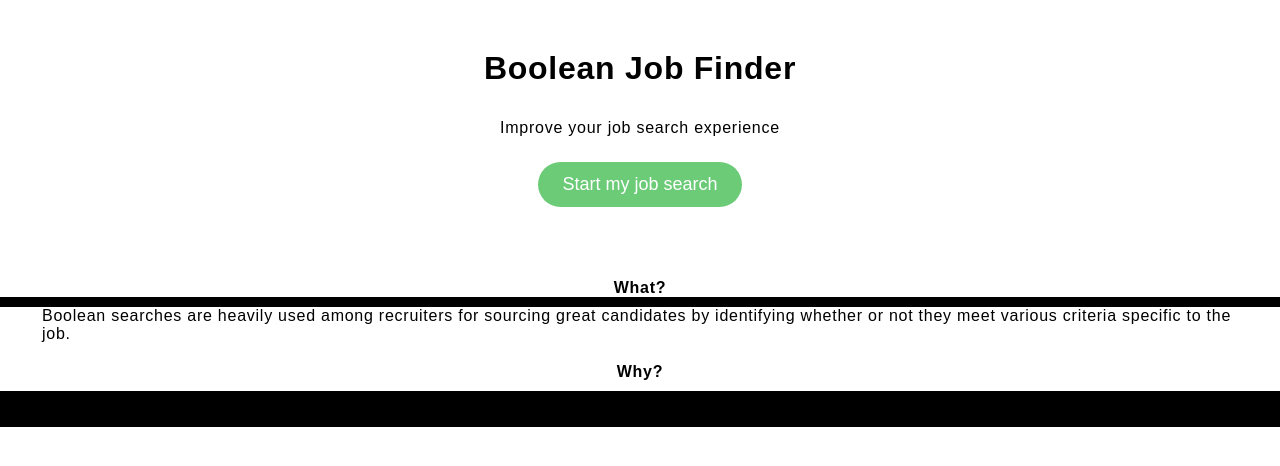
Repository: Rthompson2548/boolean-job-searcher
Page: /
These files come from the project's save history. The page is drawn as it stood at one moment and after a run of saves; the edit follows.
The browser window is 1280 px wide. The pictures show the whole page.
The project was rebuilt for these pictures with package versions that can differ from the ones it lists, and the page was loaded fresh each time.

Above is the page before, as saved 2022-04-05 14:09:16.

### public/index.html
<!DOCTYPE html>
<html lang="en">
  <head>
    <meta charset="utf-8" />
    <link rel="icon" href="%PUBLIC_URL%/favicon.ico" />
    <meta name="viewport" content="width=device-width, initial-scale=1" />
    <meta name="theme-color" content="#000000" />
    <meta
      name="description"
      content="Web site created using create-react-app"
    />
    <link rel="preconnect" href="https://fonts.googleapis.com">
    <link rel="preconnect" href="https://fonts.gstatic.com" crossorigin>
    <link href="https://fonts.googleapis.com/css2?family=Inconsolata&family=League+Spartan&display=swap" rel="stylesheet">

    <title>React App</title>
  </head>
  <body>
    <noscript>You need to enable JavaScript to run this app.</noscript>
    <div id="root"></div>
    <!--
      This HTML file is a template.
      If you open it directly in the browser, you will see an empty page.

      You can add webfonts, meta tags, or analytics to this file.
      The build step will place the bundled scripts into the <body> tag.

      To begin the development, run `npm start` or `yarn start`.
      To create a production bundle, use `npm run build` or `yarn build`.
    -->
  </body>
</html>

### src/App.js
import "./styles.css";
// import { CopyToClipboard } from "react-copy-to-clipboard";
import React, { useState, useEffect, useRef } from "react";



export default function App() {
  let searchCategories = [
    "Experience",
    "Location",
    "Tech Stack",
    "Title",
    "Technologies",
    "Company"
  ];

let defaultCategories = [
  {
    id: 1,
    name: "Experience",
    placeholders: ["Junior", "Entry", "Grad", "Student"]
  },
  {
    id: 2,
    name: "Location",
    placeholders: ["Junior", "Entry", "Grad", "Student"]
  },
  {
    id: 3,
    name: "End",
    placeholders: ["Junior", "Entry", "Grad", "Student"]
  },
  {
    id: 4,
    name: "Title",
    placeholders: ["Junior", "Entry", "Grad", "Student"]
  },
  {
    id: 5,
    name: "Technologies",
    placeholders: ["Junior", "Entry", "Grad", "Student"]
  },
  {
    id: 6,
    name: "Company Name",
    placeholders: ["Junior", "Entry", "Grad", "Student"]
  }
];


const [copyString, setCopyString] = useState("");
const [addCategory, setAddCategory] = useState(false);
const [addCategoryBtnText, setAddCategoryBtnText] = useState(
"Start my job search"
)
const [category, setCategory] = useState("");
const [categoryChosen, setCategoryChosen] = useState(false);
const [categoryOptions, setCategoryOptions] = useState(false);
const [showCategoryForm, setShowCategoryForm] = useState(false);
const [showNewCategoryButton, setShowNewCategoryButton] = useState(true);
const [showName, setShowName] = useState(false);
const [showForm, setShowForm] = useState(false);
const [showAddWordBtn, setShowAddWordBtn] = useState(false)
const [word, setWord] = useState("");
const [list, setList] = useState([]);
const [show, setShow] = useState(false);
const [finishBtn, setFinishBtn] = useState(false);
const [finished, setFinished] = useState(false);
const [result, setResult] = useState([]);
const [doneWarning, setDoneWarning] = useState(false);
const [goodbyeMessage, setGoodbyeMessage] = useState(false);


const handleNewCategory = () => {
  setCategory("");
  setAddCategoryBtnText("Add a category");
  setShowNewCategoryButton(false);
  setFinishBtn(false);
  setCategoryOptions(true);
  setCategoryChosen(false);
};



const handleCustomCategory = () => {
  setShowCategoryForm(true);
  setCategoryOptions(false);
};


const handleCategoryNameChange = event => {
  setCategory(event.target.value);
};

const submitCategory = () => {
  setAddCategory(false);
  setShowName(true);
  setShowNewCategoryButton(false);
  setShowAddWordBtn(true);
  setShowForm(true);
  setShowCategoryForm(false);
};


const handleAddWord = () => {
  setShowForm(true);
  setCategoryOptions(false);
  setCategoryChosen(true);
};


const handleCategoryClick = event => {
  setCategory(event.target.value);
  setCategoryChosen(true);
};


const handleWordChange = event => {
  setWord(event.target.value);
};


  const [noLetters, setNoLetters] = useState(false);

  const submitAsteriskWord = () => {
    if (word.length <= 1) {
      setNoLetters(true);
    } else {
      setList((prevList) => [...prevList, `"${word}*"`]);
      setWord("");
      setShow(true);
      console.log(word);
    }
  };

  const submitWord = () => {
    if (word.length <= 1) {
      setNoLetters(true);
    } else {
      setList((prevList) => [...prevList, `"${word}"`]);
      setWord("");
      setShow(true);
      console.log(word);
    }
  };

  useEffect(() => {
    setCategory(category);
  }, [category]);

  let booleanString = `(${list.join(" OR ")})`;

  const handleSubmitCategoryWords = () => {
    setShowNewCategoryButton(true);
    setShow(false);
    setShowName(false);
    setShowForm(false);
    setFinishBtn(true);
    setResult((previousResult) => [...previousResult, booleanString]);
    console.log(result.join(" AND "));
    console.log(`list: ${list}`);
    setList([]);
    console.log(`list: ${list}`);
    setCopyString(result.join(" AND "));
  };

  const handleGenerateString = () => {
    setFinished(true);
    setFinishBtn(false);
    setShowNewCategoryButton(false);
    setDoneWarning(false);
    // setGoodbyeMessage(true);
  };

const handleDone = () => {
  setDoneWarning(true);
  setFinished(false);
};


const handleConfirmFinished = () => {
  setDoneWarning(false);
  setGoodbyeMessage(true);
  setShow(false);
  setFinished(false);
};



  return (
    <div className="App">
      <div className="header">
        <h1 className="app-title">Boolean Job Finder</h1>
        <p>Improve your job search experience</p>
        <button className="start-btn" onClick={handleNewCategory}>
          {addCategoryBtnText}
        </button>

      </div>
      <div>
    </div>


      {categoryOptions === true && (
        <div>
          <div>
<p className="pick-a-category-txt">Click a category below to start</p>


            {/* iterates through array of category names and returns a button for each */}
            <div className="category-btns">
              {searchCategories.map((value, i) => (
                <button
                  id="category-btn"
                  className="category-btn"
                  key={i}
                  value={searchCategories[i]}
                  onClick={handleCategoryClick}
                >
                  {value}
                </button>
              ))}

            </div>

{
  categoryChosen === true && (
    <button className="continue-btn" onClick={handleAddWord}>
      Continue
    </button>
  )
}
          </div>
        </div>
      )}

{
  showCategoryForm === true && (
    <div>
      <label>Enter a custom category name</label>
      <input
        placeholder="Enter category name"
        onChange={handleCategoryNameChange}
        value={category}
      />

<button onClick={submitCategory}>Submit</button>;

    </div>
  )
}

      {showForm === true && (
        <div className="keyword-form">
          <h1>{category}</h1>

          <div className="keyword-form-info">
            <div>
              <label>Enter 1 or more keywords</label>
            </div>
            <input
              placeholder="Enter two or more letters..."
              value={word}
              onChange={handleWordChange}
            />
          </div>

          <div className="keyword-btns">
            <button onClick={submitWord}>Include exact keyword</button>
            <button onClick={submitAsteriskWord}>
              Include similar keywords
            </button>

          </div>


        </div>
      )}

      {show === true && (
        <div className="keyword-string">
          <h4>{booleanString}</h4>
        </div>
      )}

      {showForm === true && (
        <div>
          <button className="continue-btn" onClick={handleSubmitCategoryWords}>
            Continue
          </button>
        </div>
      )}

      {showNewCategoryButton === true && (
        <div>
          <div className="what-why">
            <div className="what-why-info">
              <h4>What?</h4>
              <p>
                Boolean searches are heavily used among recruiters for sourcing great
                candidates by identifying whether or not they meet various criteria specific
                to the job.
              </p>
            </div>
            <div>
              <h4>Why?</h4>
              <p className="what-why-info">
                Just as boolean searches help recruiters filter out unfit candidates, candidates can use them to filter out jobs that aren't a good fit. It's time for those of us on the job hunt to start utilizing their tools to our own advantage to find jobs tailored to us.
              </p>
            </div>
          </div>


        </div>
      )}


      {finishBtn === true && (
        <div>
          <button className="done-btn" onClick={handleGenerateString}>
            Submit
          </button>
        </div>
      )}

      {finished === true && (
        <div className="boolean-string">
          <p value={copyString}>{result.join(" AND ")}</p>
          <button className="done-btn" onClick={handleDone}>
            Done
          </button>
        </div>
      )}

      {doneWarning === true && (
        <div className="boolean-string">
          <p>Are you sure? This cannot be undone</p>
          <button className="done-btn" onClick={handleConfirmFinished}>
            Yes, I am done
          </button>
        </div>
      )}

      {goodbyeMessage === true && (
        <div className="goodye-msg boolean-string">
<p>Goodbye!</p>;

          <button
            className="start-btn"
            onClick={() => window.location.reload(false)}
          >
            Home
          </button>
        </div>
      )}
    </div>
  );
}

### src/styles.css
* {
  margin: 0;
  padding: 0;
  background-color: #fff;
  color: #000;
  /* padding: 18px 0; */
}

.App {
  font-family: sans-serif;
  text-align: center;
  letter-spacing: 0.75px;
}

.header {
  line-height: 2rem;
  letter-spacing: 0.75px;
  padding: 52px 0;
}

img {
  width: 250px;
  height: auto;
}

button {
  /* width: 300px; */
  border-radius: 25px;
  background-color: #fff;
  color: #000;
  border: none;
  margin: 18px 0 0 0;
  font-size: 18px;
}

.app-title {
  margin-bottom: 28px;
  font-size: 32px;
}

h3 {
  font-size: 22px;
}

.what-why-info {
  background-color: #000;
}

.what-why p {
  text-align: left !important;
  padding: 0 42px;
}

.what-why h4 {
  margin: 20px 0 10px 0;
}


.start-btn {
  background-color: #6bcb77 !important;
  color: #fff;
  font-size: 18px;
  vertical-align: middle;
  padding: 12px 24px;
}

.pick-a-category-txt {
  font-size: 18px;
  margin-bottom: 12px;
}

input {
  background-color: #fff;
  font-size: 18px;
  color: #000;
  width: 260px;
  border: 1.5px solid black;
  border-radius: 25px;
}

label {
  font-size: 20px;
}

.category-btns {
  /* center the element */
  right: 0;
  left: 0;
  margin-right: auto;
  margin-left: auto;
  display: flex;
  flex-direction: column;
  align-items: center;
}

.category-btns button {
  background-color: #ff6b6b;
  color: #fff;
  padding: 12px 42px;
  width: 300px;
}

.category-buttons button:active,
button:focus {
  /* color: #fff !important;
  background-color: #FFD93D !important; */
}

.category-buttons button:visited:after {
  color: #fff !important;
  background-color: #000 !important;
}

.continue-btn {
  background-color: #4d96ff;
  color: #fff;
}

.keyword-form-info {
  margin-top: 24px;
}

.keyword-form-info input {
  padding: 10px 24px 10px 10px;
  margin-top: 16px;
}

.keyword-btns {
  display: flex;
  flex-direction: column;
  align-items: center;
  margin: 10px 0 24px 0;
}

.keyword-btns button {
  background-color: #ff6b6b;
  color: #fff;
  font-size: 18px;
}

.keyword-string {
  padding: 20px;
  font-size: 20px;
  line-height: 2rem;
}

.goodye-msg {
  /* padding-top: 25%; */
  font-size: 42px !important;
}

.goodye-msg button {
  /* background-color: #4D96FF !important; */
  /* vertical-align: middle !important; */
}

.boolean-string {
  font-size: 32px;
  font-weight: bold;
  padding-top: 10%;
}


.boolean-string button {
  background-color: #fa58bc;
  color: #fff;
}

.done-btn {
  background-color: #4d96ff !important;
  color: #fff;
  font-size: 22px;
  vertical-align: middle;
  width: 400px;
  padding: 20px 0;
  margin-top: 36px;
}

.home-btn {
  background-color: #6bcb77 !important;
}

Loaded but not shown: src/index.js (common file); src/index.css (no stored copy; drawn as an empty file)

After the next 3 saves:
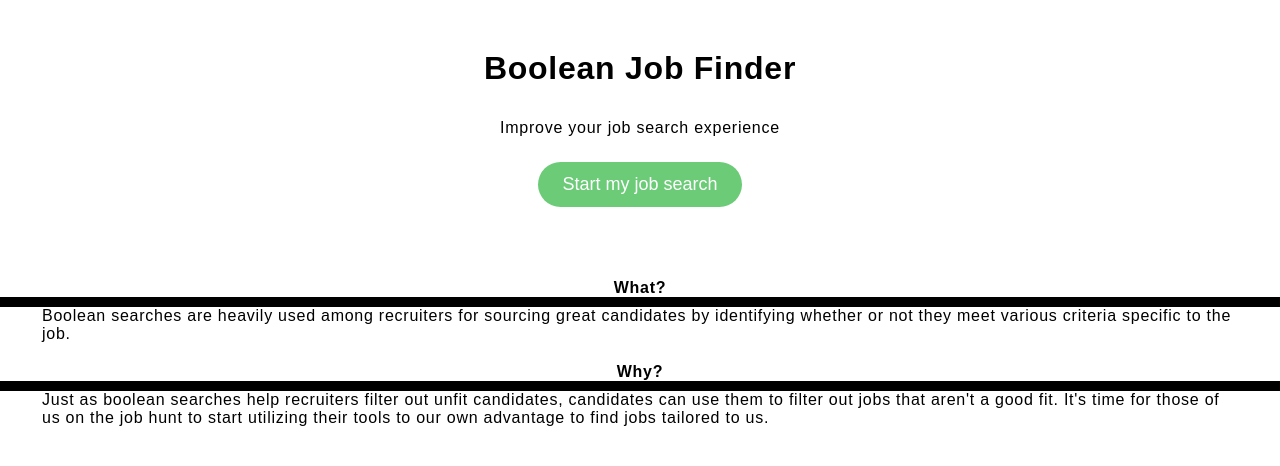
The 3 saves are shown as one change because they came seconds apart.
The last was saved 16 s later.
--- a/src/App.js
+++ b/src/App.js
@@ -302,9 +302,9 @@ const handleConfirmFinished = () => {
                 to the job.
               </p>
             </div>
-            <div>
+            <div className = "what-why-info">
               <h4>Why?</h4>
-              <p className="what-why-info">
+              <p>
                 Just as boolean searches help recruiters filter out unfit candidates, candidates can use them to filter out jobs that aren't a good fit. It's time for those of us on the job hunt to start utilizing their tools to our own advantage to find jobs tailored to us.
               </p>
             </div>
